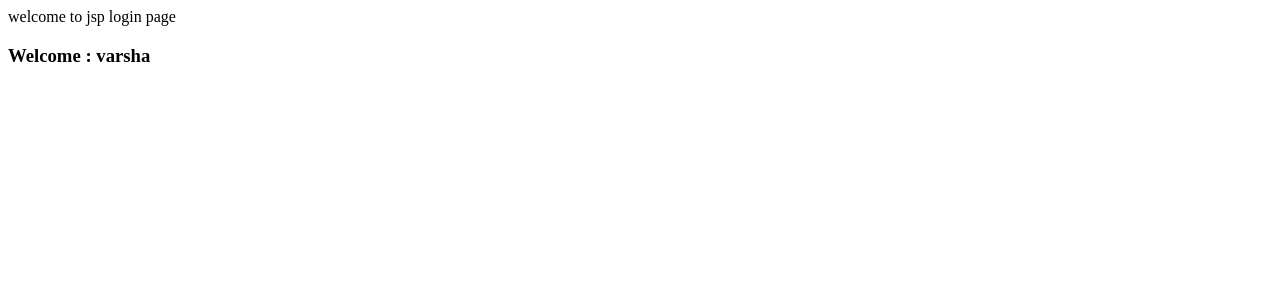
Repository: VarshaCodes29/ServletJspPracticeRepo
Page: http://localhost/ServletRequestDispatcher/login
The author's editor kept a copy of each file at every save. The page is drawn from the files as they stood at one save, then again after the next save.
The browser window is 1280 px wide. The pictures show the whole page.
The page is served by Tomcat 9.

Above is the page before, as saved 2024-05-02 15:25:43.

### Servlet&Jsp/ServletRequestDispatcher/src/main/webapp/login.jsp
<%@ page language="java" contentType="text/html; charset=UTF-8"
    pageEncoding="UTF-8"%>
<!DOCTYPE html>
<html>
<head>
<meta charset="UTF-8">
<title>Insert title here</title>
</head>
<body>
  <%out.println("welcome to jsp login page");
  	String name =(String) request.getAttribute("name");
  %>

  <h3>Welcome : <%=name %></h3>
</body>
</html>

### Servlet&Jsp/ServletRequestDispatcher/src/main/java/in/vp/backend/Login.java
package in.vp.backend;

import java.io.IOException;
import java.io.PrintWriter;

import javax.servlet.RequestDispatcher;
import javax.servlet.ServletException;
import javax.servlet.annotation.WebServlet;
import javax.servlet.http.HttpServlet;
import javax.servlet.http.HttpServletRequest;
import javax.servlet.http.HttpServletResponse;
@WebServlet("/login")
public class Login extends HttpServlet{

	protected void service(HttpServletRequest req,HttpServletResponse res) throws IOException, ServletException
	{
		String name = req.getParameter("search1");

		req.setAttribute("name","varsha");

		PrintWriter out = res.getWriter();
		out.print("welcome varsha");


		RequestDispatcher rd = req.getRequestDispatcher("/login.jsp");
		rd.forward(req, res);


//		res.sendRedirect("/login.jsp");


	}

}

After the next save:
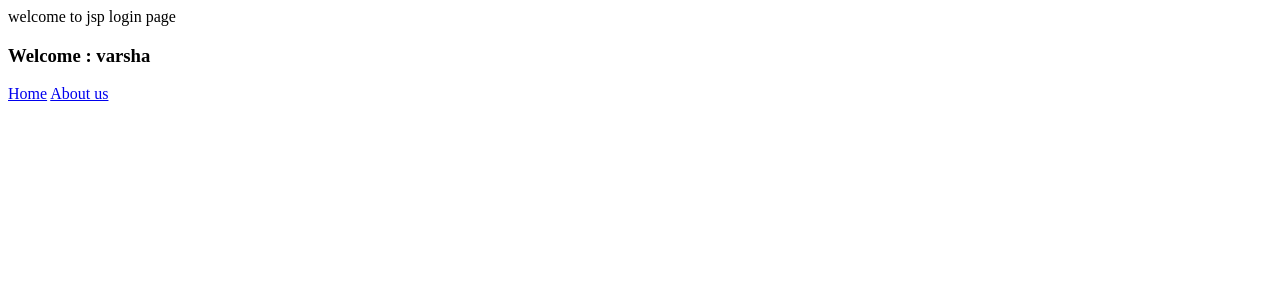
Saved 118 s later.
--- a/Servlet&Jsp/ServletRequestDispatcher/src/main/webapp/login.jsp
+++ b/Servlet&Jsp/ServletRequestDispatcher/src/main/webapp/login.jsp
@@ -12,5 +12,8 @@
   %>
 
   <h3>Welcome : <%=name %></h3>
+
+  <a href="home.jsp">Home</a>
+  <a href="about.jsp">About us</a>
 </body>
 </html>
